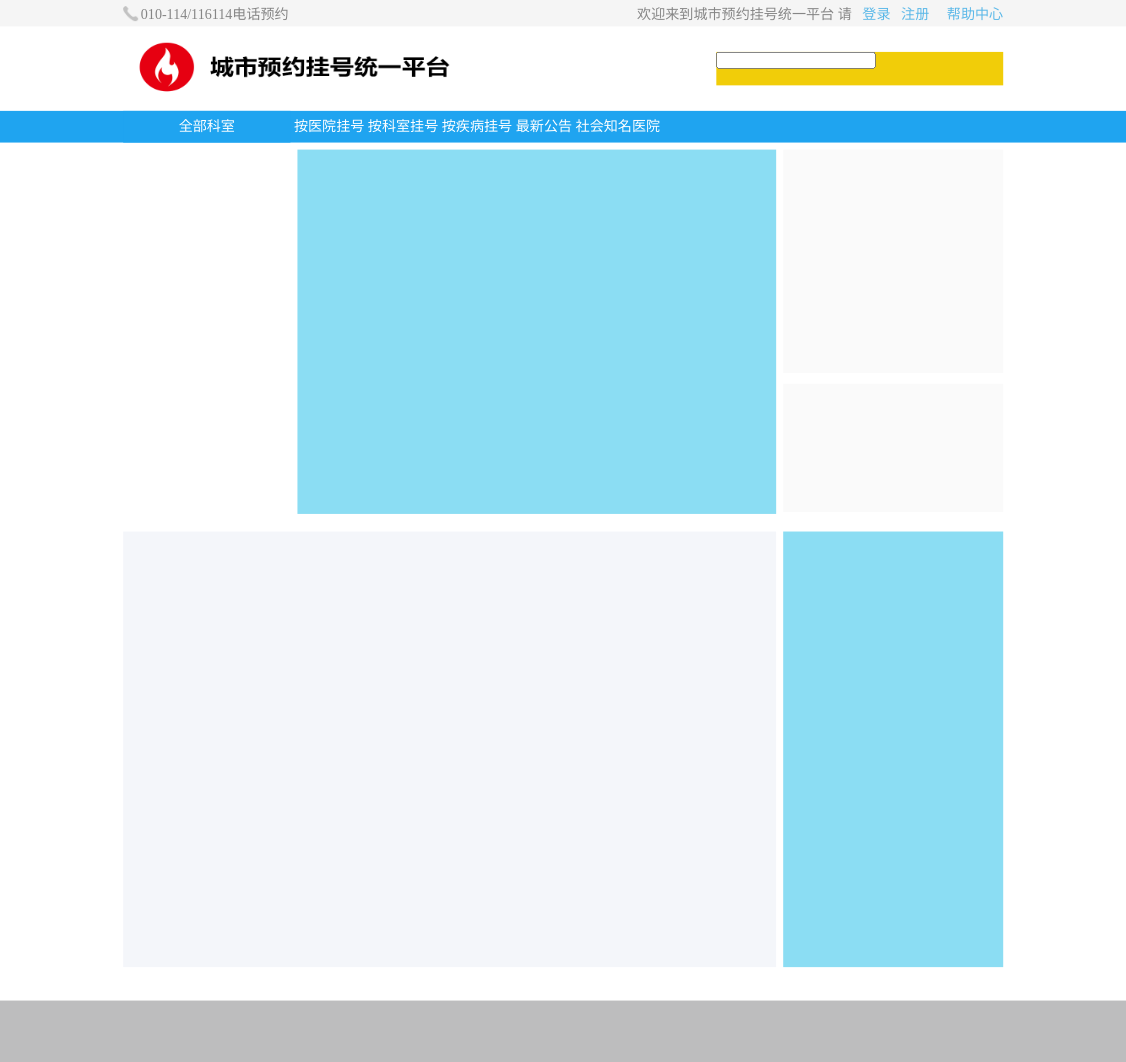
Repository: zhenzhen-gong/HospitalDemo
Page: index.html
The author's editor kept a copy of each file at every save. The page is drawn from the files as they stood at one save, then again after the next save.
The browser window is 1280 px wide. The pictures show the whole page, at 88% of full size.

Above is the page before, as saved 2020-07-08 16:11:37.

After the next save:
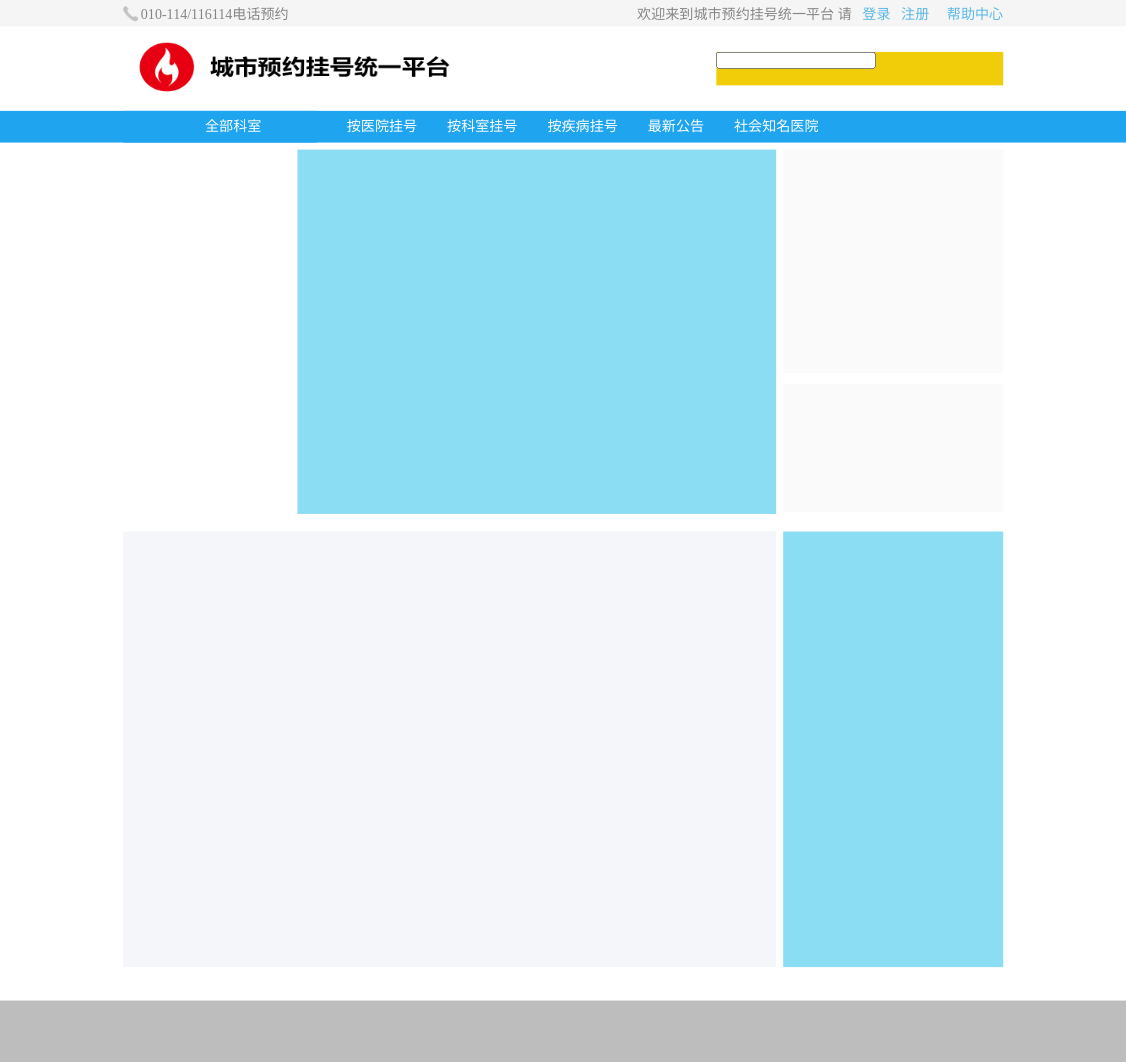
Saved 55 s later.
--- a/css/style.css
+++ b/css/style.css
@@ -68,6 +68,7 @@
     list-style: none;
     display: inline-block;
     color: #ffffff;
+    padding-left: 30px;
 }
 .nav .nav-menu ul li:first-child{
     width: 190px;
@@ -75,7 +76,6 @@
     background: #1fa4f0;
 }
 .nav .nav-menu ul li:last-child{
-    align-items: right;
 }
 
 
